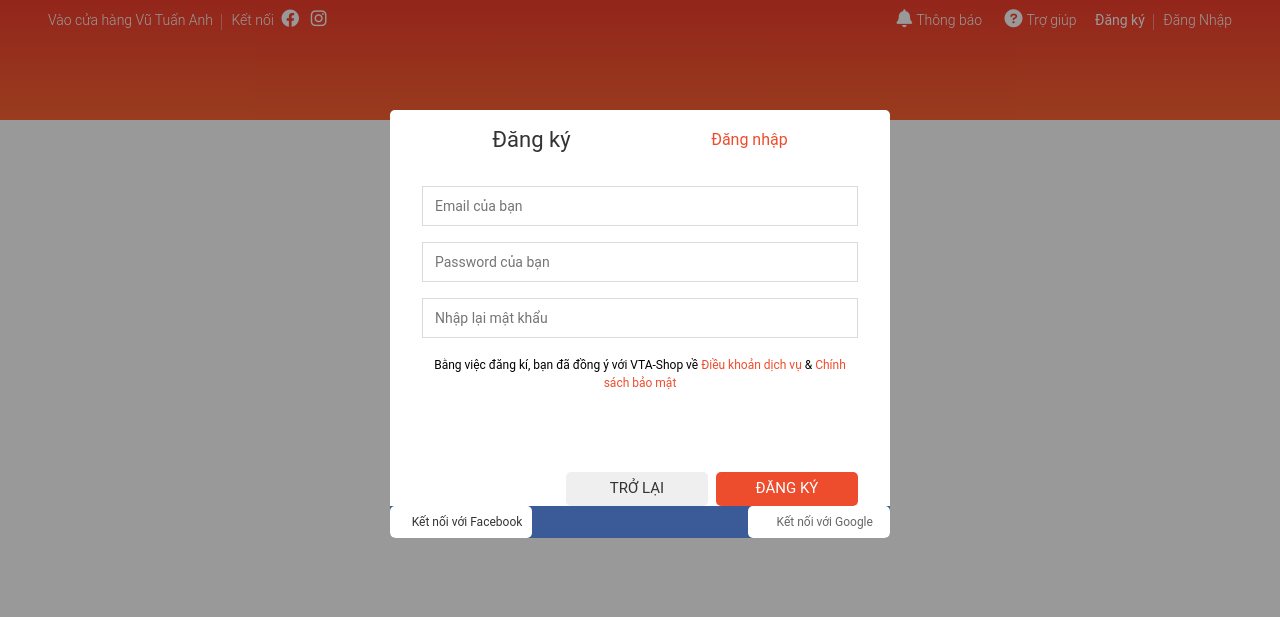
Repository: VuTuanAnh0949/Shopee
Page: index.html
These files come from the project's save history. The page is drawn as it stood at one moment and after the next save; the edit follows.
The browser window is 1280 px wide. The pictures show the whole page.

Above is the page before, as saved 2022-02-16 13:50:36.

### index.html
<!DOCTYPE html>
<html lang="en">

<head>
    <meta charset="UTF-8" />
    <meta http-equiv="X-UA-Compatible" content="IE=edge" />
    <meta name="viewport" content="width=device-width, initial-scale=1.0" />
    <title>Shopee</title>
    <link rel="stylesheet" href="https://cdnjs.cloudflare.com/ajax/libs/normalize/8.0.1/normalize.min.css" />
    <link rel="stylesheet" href="./assets/css/base.css" />
    <link rel="stylesheet" href="./assets/css/main.css" />
    <link rel="stylesheet" href="./assets/fonts/fontawesome-free-6.0.0-web/css/all.min.css">
    <link rel="stylesheet" href="https://fonts.googleapis.com/css?family-Roboto:300, 400, 500,78
0&display=swap&subset=vietnamese" rel="stylesheet" />

</head>

<body>
    <!-- Block Element Modifier -->
    <div class="app">
        <header class="header">
            <div class="grid">
                <nav class="header__navbar">
                    <ul class="header__navbar-list">
                        <li class="header__navbar-item header__navbar-item--has-qr header__navbar-item--separate">Vào cửa hàng Vũ Tuấn Anh
                            <div class="header__qr">
                                <img src="./assets/img/QR_code.png" alt="QR Code" class="header__qr-img">
                                <div class="header__qr-apps">
                                    <a href="" class="header__qr-link"><img src="./assets/img/Google_Play.png" alt="Google Play" class="header__qr-dowload-img">
                                    </a>
                                    <img src="./assets/img/App_store.png" alt="App Store" class="header__qr-dowload-img">
                                </div>
                            </div>
                        </li>
                        <li class="header__navbar-item">
                            <span class="header__navbar-title--no-pointer">Kết nối</span>
                            <a href="" class="header__navbar-icon-link"><i class="header__navbar-icon fa-brands fa-facebook"></i></a>
                            <a href="" class="header__navbar-icon-link"><i class="header__navbar-icon fa-brands fa-instagram"></i></a>
                        </li>
                    </ul>

                    <ul class="header__navbar-list">
                        <li class="header__navbar-item header__navbar-item--has-notification">
                            <a href="" class="header__navbar-item-link"><i class="header__navbar-icon fa-solid fa-bell"></i>Thông báo</a>
                            <div class="header__notification">
                                <header class="header__notification-header">
                                    <h3>Thông báo mới nhận</h3>
                                </header>
                                <ul class="header__notification-list">
                                    <li class="header__notification-item header__notification-viewed">
                                        <a href="" class="header__notification-link">
                                            <img src="https://cf.shopee.vn/file/a2344384834f0903b232953bf8e1d283_tn" alt="" class="header__notification-img">
                                            <div class="header__notification-info">
                                                <span class="header__notification-name">Bàn Phím cơ chính hãng K400-Đen</span>
                                                <span class="header__notification-descriotion">Bàn phím cơ máy tính gaming K550 Pro full Led 7 chế độ hiệu ứng là mẫu bàn phím phù hợp cho văn phòng và game thủ</span>
                                            </div>
                                        </a>
                                    </li>
                                    <li class="header__notification-item">
                                        <a href="" class="header__notification-link">
                                            <img src="https://cf.shopee.vn/file/fbd0d6cd59ae0c260cbdd8d2bdccbe06_tn" alt="" class="header__notification-img">
                                            <div class="header__notification-info">
                                                <span class="header__notification-name">Bàn phím cơ chính hãng K400-Trắng xanh 1</span>
                                                <span class="header__notification-descriotion">Bàn phím cơ máy tính gaming K550 Pro full Led 7 chế độ hiệu ứng là mẫu bàn phím phù hợp cho văn phòng và game thủ</span>
                                            </div>
                                        </a>
                                    </li>
                                    <li class="header__notification-item ">
                                        <a href="" class="header__notification-link">
                                            <img src="https://cf.shopee.vn/file/26989c24e549299dcfb324055082c553" alt="" class="header__notification-img">
                                            <div class="header__notification-info">
                                                <span class="header__notification-name">Bàn phím cơ chính hãng K400-Trắng xanh 2</span>
                                                <span class="header__notification-descriotion">>Bàn phím cơ máy tính gaming K550 Pro full Led 7 chế độ hiệu ứng là mẫu bàn phím phù hợp cho văn phòng và game thủ</span>
                                            </div>
                                        </a>
                                    </li>
                                </ul>
                                <div class="footer header__notification-footer">
                                    <a href="" class="header__notification-footer-btn">Xem tất cả</a>


                                </div>
                            </div>
                        </li>
                        <li class="header__navbar-item">
                            <a href="" class="header__navbar-item-link"><i class="header__navbar-icon fa-solid fa-circle-question"></i>Trợ giúp</a>
                        </li>
                        <li class="header__navbar-item header__navbar-item--strong header__navbar-item--separate">Đăng ký</li>
                        <li class="header__navbar-item header__navbar-ite--strong"> Đăng Nhập</li>
                    </ul>
                </nav>
            </div>
        </header>
        <div class="container">

        </div>
        <footer class="footer">

        </footer>
    </div>
    <!-- Modal layout -->
    <div class="modal">
        <div class="modal__overlay"></div>

        <div class="modal__body">

            <!-- Authen form -->
            <div class="auth-form">
                <div class="auth-form__container">
                    <div class="auth-form__container"></div>
                    <div class="auth-form__header">
                        <h3 class="auth-form__heading">Đăng ký</h3>
                        <span class="auth-form__switch-btn">Đăng nhập</span>
                    </div>
                    <div class="auth-form__form">
                        <div class="auth-form__group">
                            <input type="text" class="auth-form__input" placeholder="Email của bạn">
                        </div>
                        <div class="auth-form__group">
                            <input type="password" class="auth-form__input" placeholder="Password của bạn">
                        </div>
                        <div class="auth-form__group">
                            <input type="password" class="auth-form__input" placeholder="Nhập lại mật khẩu ">
                        </div>
                    </div>
                    <div class="auth-form__aside">
                        <p class="auth-form__policy-text">
                            Bằng việc đăng kí, bạn đã đồng ý với VTA-Shop về
                            <a href="" class="auth-form__text-link">Điều khoản dịch vụ</a> &
                            <a href="" class="auth-form__text-link">Chính sách bảo mật</a>
                        </p>
                    </div>
                    <div class="auth-form__controls">
                        <button class="btn btn--normal auth-form__controls-back ">TRỞ LẠI</button>
                        <button class="btn btn--primary">ĐĂNG KÝ</button>
                    </div>
                </div>
                <div class="auth-form__socials--facebook">
                    <a href="" class="btn btn--size-s btn--with-icon">
                        <i class="auth-form__socials-icon fa-brands fa-facebook"></i>
                        <span class="auth-form__socials-title">
                            Kết nối với Facebook
                        </span>
                    </a>
                    <a href="" class="auth-form__socials--google btn btn--size-s btn--with-icon">
                        <i class="auth-form__socials-icon fa-brands fa-google"></i>
                        <span class="auth-form__socials-title">
                            Kết nối với Google
                        </span>
                    </a>
                </div>
            </div>
        </div>
    </div>
</body>

</html>

### assets/css/base.css
:root {
  --primary-color:#EE4D2D;
  --white-color: #fff;
  --black-color: #000;
  --text-color: #333;
  --border-color:#dbdbdb;
}
* {
  box-sizing: inherit;
}
html {
  font-size: 62.5%;
  line-height: 1.6rem;
  font-family: "Roboto", sans-serif;
  box-sizing: border-box;
}
.grid {
  width: 1200px;
  max-width: 100%;
  margin: 0 auto;
}
.grid__full-width {
  width: 100%;
}
.grid__row {
  display: flex;
  flex-wrap: wrap;
}
/* Animation */
@keyframes fadeIn{
  from{
    opacity: 0;
  }to{
    opacity: 1;
  }
}
/* Modal */
.modal{
  position: fixed;
  top: 0;
  right: 0;
  bottom: 0;
  left: 0;
  display: flex;
}
.modal__overlay{
  position: absolute;
  width: 100%;
  height: 100%;
  background-color: rgba(0,0,0,0.4);
}
.modal__body{
  width: 500px;
  height: 500px;
  margin: auto;
  position: relative;
  z-index: 1;  /* để cho modal nổi lên */
}
/* Button style */
.btn{
  min-width: 142px;
  height: 34px;
  text-decoration: none;
  border:none ;
  border-radius: 5px;
  font-size: 1.5rem;
  padding:0 12px;
  outline: none;
  cursor: pointer;
  color: var(--text-color);
  align-items: center;
 justify-content: center;
}
.btn.btn--normal:hover{
  background-color: rgba(0,0,0,0.05);
}
.btn.btn--size-s{
  height: 32px;
  font-size: 12px;
  padding:0 8px;
}
/* .. dùng để css 1 element có 2 class */
.btn.btn--primary{
  color: var(--white-color);
  background-color: var(--primary-color);
  }
.btn.btn-disabled{
  color: #949494;
  cursor: default;
  background-color: #c3c3c3;
}

### assets/css/main.css
.header{
height: 120px;
background-image:linear-gradient(0, #fe6433, #f53e2d) ;
}
.header__navbar{
  display: flex;
  justify-content: space-between;
}
.header__navbar-list{
list-style: none;
padding-left: 0;
margin-top: 9px;
}
.header__navbar-item{
  margin: 0 8px;
  position: relative;
  min-height: 26px;
}
.header__navbar-item--has-qr:hover .header__qr{
  display: block;
}
.header__navbar-item--has-notification:hover .header__notification{
  display: block;
}
.header__navbar-item,
.header__navbar-item-link{
  display:inline-block;
  font-size: 1.4rem;
  color:var(--white-color);
  text-decoration: none;
  font-weight: 300;
}
.header__navbar-item,
.header__navbar-item-link,
.header__navbar-icon-link{
/*   display: flex; */
  align-items: center;
}
.header__qr::before{
  position: absolute;
  left: 0;
  top: -16px;
  width: 100%;
  height: 20px;
  content: "";
  display: block;

}
.header__navbar-item:hover,
.header__navbar-icon-link:hover,
.header__navbar-item-link:hover{
  cursor: pointer;
  color: rgba(255,255,255,0.7);
}
.header__navbar-item--strong{
  font-weight: 400;
}
.header__navbar-item--separate::after{
  content: "";
  display: block;
  position: absolute;
border-left: 1px solid #FB9086;
height: 16px;
right: -9px;
top: 37%;
transform: translateY(-50%);
}
.header__navbar-icon-link{
  color: var(--white-color);
  text-decoration: none;
}
.header__navbar-icon{
  font-size: 1.8rem;
  margin: 0 4px;
}
.header__navbar-title--no-pointer{
  cursor: text;
  color: var(--white-color);
  text-decoration: none;
}
/* Header QR code */
.header__qr{
  width: 180px;
background-color: var(--white-color);
position: absolute;
left: 0;
top: 100%;
padding: 8px;
border-radius: 5px;
display: none;
animation: fadeIn ease-in 0.3s;
}
.header__qr-img{
width: 100%;
}
.header__qr-apps{
display: flex;
justify-content: space-between;
}
.header__qr-link:nth-child(1){
  margin-left: 11px;
}
.header__qr-link:nth-child(2){
  margin-right: 15px;
}
.header__qr-dowload-img{
  height: 16px;
}
/* header__notification */
.header__notification{
position: absolute ;
top: 27px;
right: 0;
width: 404px;
background-color: var(--white-color);
border-radius: 5px;
border: 1px solid #D3D3D3;
cursor: default;
transform-origin:90% top;
animation:  headerNotificationGrowth ease-in 0.2s;
will-change: opacity, transform;
display: none;
}
.header__notification::before{
content: "";
border-width:20px 30px ;
border-style: solid;
/* Tạo một lớp giá */
border-color:transparent transparent var(--white-color) transparent;
position: absolute;
right: 6px;
top: -30px;
}
/* Giúp di chuột vào quả chuông cạnh nút thông báo không bị mất list thông báo */
.header__notification::after{
  content: "";
  display: block;
  position: absolute;
  height: 20px;
  width: 90px;
  top: -16px;
  right: 0;
 }
@keyframes headerNotificationGrowth{
  from{
    opacity: 0;
    transform: scale(0);
  }to{
    opacity: 1;
    transform: scale(1);
  }
}
.header__notification-header{
  height: 40px;
  background-color: var(--white-color);
  border-radius: 5px;
}
.header__notification-header h3{
  color: #999;
  margin: 0 0 0 12px;
  width: 400;
  font-size: 1.4rem;
  line-height: 40px;
  user-select: none;  /* không cho coppy */
}
.header__notification-list{
padding-left: 0;
}
.header__notification-item{
display: flex;

}
.header__notification-item:hover{
  background-color: #f7f7f7
}
.header__notification-viewed{
  background-color: rgba(238,75,43,0.08);

}
.header__notification-link{
  display: flex;
  width: 100%;
  padding: 12px;
  text-decoration: none;
}
.header__notification-img{
width: 48px;
object-fit: contain;
}
.header__notification-info{
margin-left: 12px;
}
.header__notification-name{
display: block;
font-size: 1.4rem;
color: var(--text-color);
font-weight: 400px;
line-height: 1.8rem;
}
.header__notification-descriotion{
display: block;
font-size: 1.2rem;
line-height: 1.6rem;
color: #765F6E;
margin-top: 4px;
}
.header__notification-footer{
 display: flex;
}
.header__notification-footer-btn{
  text-decoration: none;
  color:var(--text-color);
  width: 100%;
  padding: 8px 0;
  margin: auto;
  font-size: 1.4rem;
  font-weight: 400;
  text-align: center;
}
/* Authen modal */
.auth-form{
  width: 500px;
    background-color: var(--white-color);
  border-radius: 5px;
  overflow: hidden;
}
.auth-form__container{
  padding: 0 32px;
}
.auth-form__header{
  display: flex;
  align-items: center;
  justify-content: space-around;
}
.auth-form__heading{
  font-size: 2.2rem;
  font-weight:400;
  color: var(--text-color);
}
.auth-form__switch-btn{
  font-size: 1.6rem;
  font-weight:400;
  color: var(--primary-color);
  cursor: pointer;
}
.auth-form__form{
}
.auth-form__input{
  width: 100%;
  height: 40px;
  margin-top: 16px;
  padding: 0 12px;
  font-size: 1.4rem;
  border: 1px solid var(--border-color);
  outline: none;
}
/*Dí chuột vào ô input => ô input nháy chuột  */
.auth-form__input:focus{
border-color: #777;
}
.auth-form__aside{
  margin-top: 18px;
}
.auth-form__policy-text{
  font-size: 1.2rem;
  line-height: 1.8rem;
  text-align: center;
  padding: 0 3px;
}
.auth-form__text-link{
  color: var(--primary-color);
  text-decoration: none;
}
.auth-form__controls{
  margin-top: 80px;
  display: flex;
  justify-content: flex-end;
}
.auth-form__controls-back{
  margin-right: 8px;
}
.auth-form__socials{
 background-color: #F5F5F5;
 padding: 16px 36px;
 display: flex;
 justify-content: space-between;
 margin-top: 20px;
}
.auth-form__socials--facebook{
  color: var(--white-color);
  background-color:#3A5A98 ;
  display: flex;
  justify-content: space-between;
}
.auth-form__socials--facebook,
.auth-form__socials-icon{
color: var(--white-color);
}
.auth-form__socials-title{
  margin-top: 0 36px;
}
.auth-form__socials--google{
  color: #666;
  background-color: var(--white-color);
}
.btn--with-icon{
  display: flex;
}
.btn.btn--size-s {
  background-color: white;
}

Loaded but not shown: assets/fonts/fontawesome-free-6.0.0-web/css/all.min.css (library)

After the next save:
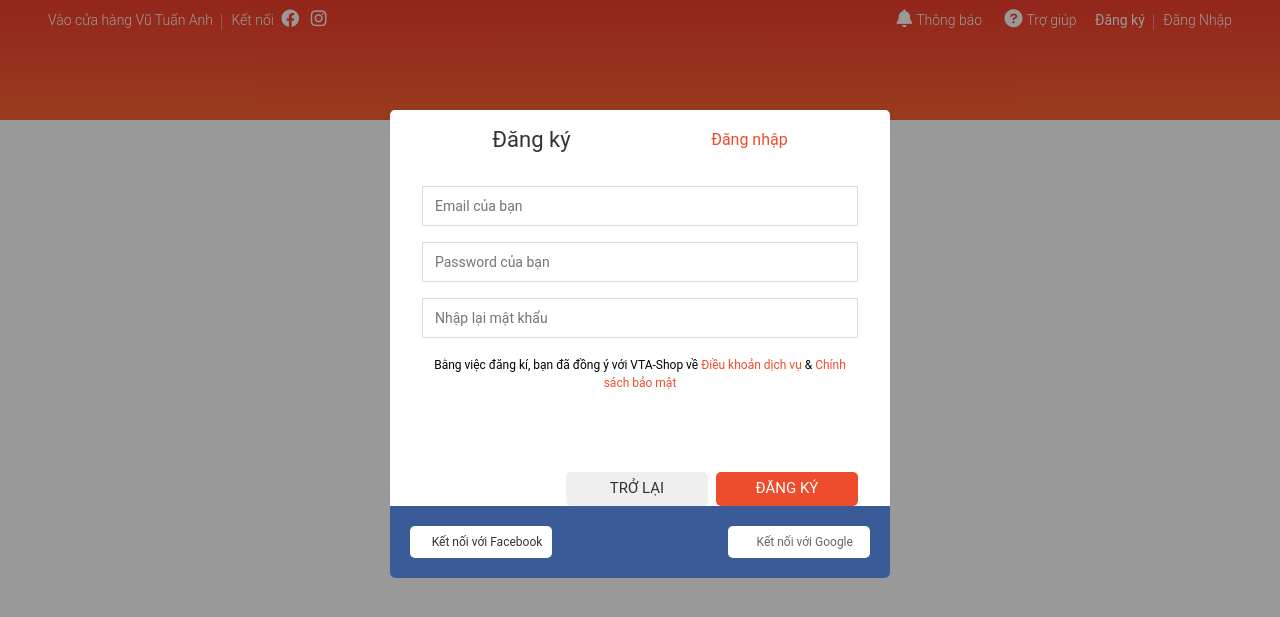
Saved 52 s later.
--- a/assets/css/main.css
+++ b/assets/css/main.css
@@ -308,4 +308,5 @@ color: var(--white-color);
 }
 .btn.btn--size-s {
   background-color: white;
-}
+margin: 20px;
+}
